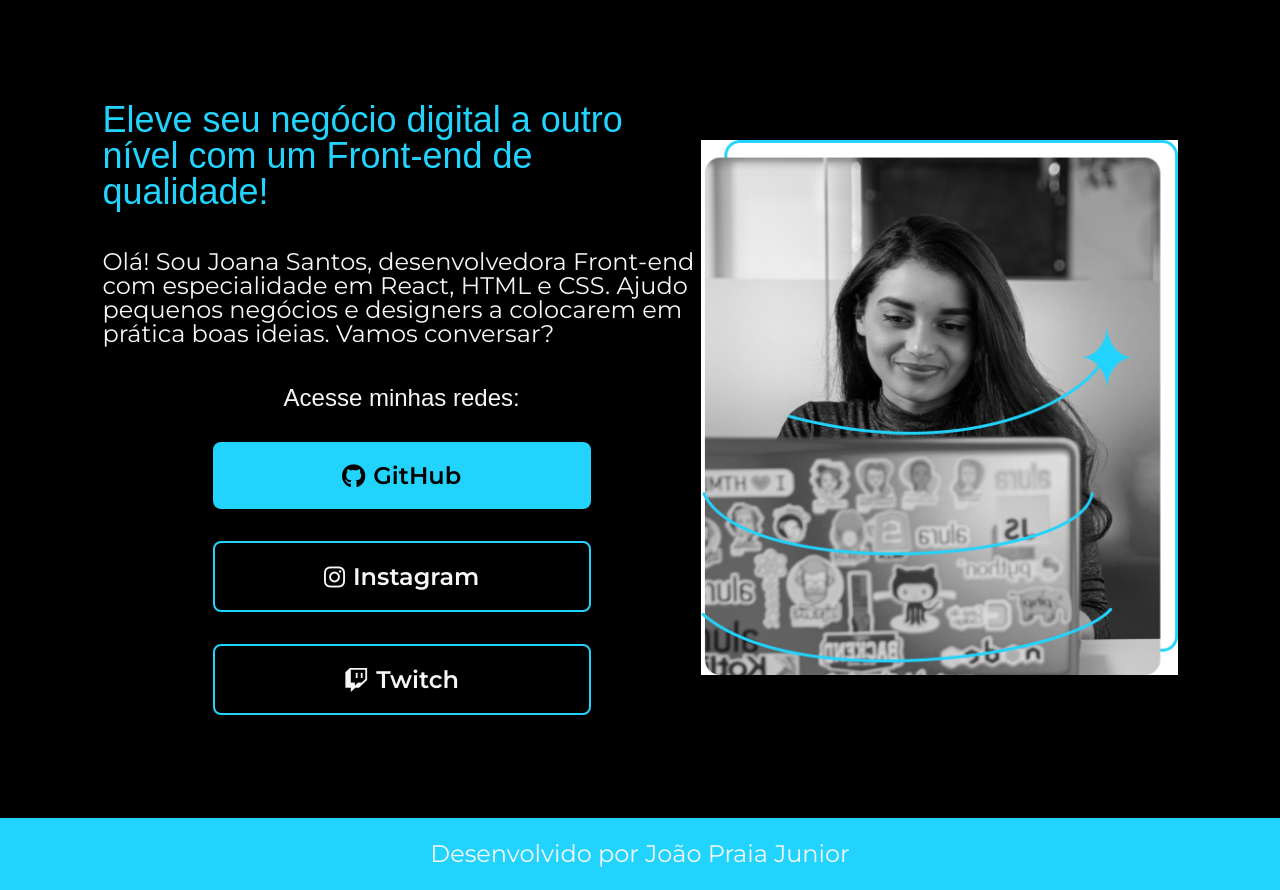
Repository: joaoPraiaJunior/html-basico
Page: index.html
The author's editor kept a copy of each file at every save. The page is drawn from the files as they stood at one save, then again after the next save.
The browser window is 1280 px wide. The pictures show the whole page.
Some web fonts or font styles are not loaded; a fallback is used. Some web libraries are served in a nearby version.

Above is the page before, as saved 2024-06-06 21:05:50.

### index.html
<!DOCTYPE html>
<html lang="pt-BR" dir="ltr">
  <head>
    <meta charset="UTF-8" />
    <meta http-equiv="X-UA-Compatible" content="IE=edge" />
    <meta name="viewport" content="width=device-width, initial-scale=1.0" />
    <title>Portifólio</title>
    <link rel="stylesheet" href="css/reset.css" />
    <link rel="stylesheet" href="css/style.css" />
  </head>
  <body>
    <header></header>
    <main class="apresentacao">
      <section class="apresentacao__conteudo">
        <h1 class="apresentacao__titulo">
          Eleve seu negócio digital a outro nível com um Front-end de qualidade!
        </h1>
        <p class="apresentacao__texto">
          Olá! Sou Joana Santos, desenvolvedora Front-end com especialidade em
          React, HTML e CSS. Ajudo pequenos negócios e designers a colocarem em
          prática boas ideias. Vamos conversar?
        </p>
        <div class="apresentacao__links">
          <h2 class="apresentacao__subtitulo">Acesse minhas redes:</h2>
          <a class="apresentacao__link" href="https://github.com/joaoPraiaJunior"><i class="fa-brands fa-github"></i> <span>GitHub</span></a>
          <a class="apresentacao__link apresentacao__link--transparente" href="https://www.instagram.com/joaopraiajunior/"><i class="fa-brands fa-instagram"></i> <span>Instagram</span></a>
          <a class="apresentacao__link apresentacao__link--transparente" href="http://"><i class="fa-brands fa-twitch"></i> <span>Twitch</span></a>
        </div>
      </section>
      <section class="apresentacao__imagem">
        <img src="images/Imagem.jpg" alt="foto da joana santos programando!" />
      </section>
    </main>
    <footer class="rodape"><P>Desenvolvido por João Praia Junior</P></footer>
  </body>
  <script src="https://kit.fontawesome.com/c4ee7a6e8c.js" crossorigin="anonymous"></script>
</html>

### css/reset.css
/* http://meyerweb.com/eric/tools/css/reset/
   v2.0 | 20110126
   License: none (public domain)
*/

* {
    box-sizing: border-box;
}

html, body, div, span, applet, object, iframe,
h1, h2, h3, h4, h5, h6, p, blockquote, pre,
a, abbr, acronym, address, big, cite, code,
del, dfn, em, img, ins, kbd, q, s, samp,
small, strike, strong, sub, sup, tt, var,
b, u, i, center,
dl, dt, dd, ol, ul, li,
fieldset, form, label, legend,
table, caption, tbody, tfoot, thead, tr, th, td,
article, aside, canvas, details, embed,
figure, figcaption, footer, header, hgroup,
menu, nav, output, ruby, section, summary,
time, mark, audio, video {
	margin: 0;
	padding: 0;
	border: 0;
	font: inherit;
	vertical-align: baseline;
}
/* HTML5 display-role reset for older browsers */
article, aside, details, figcaption, figure,
footer, header, hgroup, menu, nav, section {
	display: block;
}
body {
	line-height: 1;
}
ol, ul {
	list-style: none;
}
blockquote, q {
	quotes: none;
}
blockquote:before, blockquote:after,
q:before, q:after {
	content: '';
	content: none;
}
table {
	border-collapse: collapse;
	border-spacing: 0;
}

### css/style.css
@import url('https://fonts.googleapis.com/css2?family=Krona+One&family=Montserrat:wght@400;600&display=swap');

html {
  font-size: 62.5%;
}

body {
  color: #f6f6f6;
  background-color: #000;
  font-size: 1.6rem;
}

.apresentacao {
  padding: 8%;
  display: flex;
  justify-content: space-between;
  align-items: center;
}

.apresentacao__conteudo {
  display:flex;
  flex-direction: column;
  width: 615px;
  gap: 40px;
}

.apresentacao__titulo {
  color: #22d4fd;
  font-family: 'Krona One', sans-serif;
  font-size: 3.6rem;
}

.apresentacao__subtitulo{
  font-family: 'Krona One', sans-serif;
  font-size: 2.4rem;
  font-weight: 400;
}

.apresentacao__texto {
  font-family: 'Montserrat', sans-serif;
  font-size: 2.4rem;
}

.apresentacao__links {
  display: flex;
  flex-direction: column;
  justify-content: space-between;
  align-items: center;
  row-gap: 32px;
}

.apresentacao__link {
  display:flex;
  justify-content: center;
  column-gap: 8px;
  color: #000;
  background-color: #22d4fd;
  font-family: 'Montserrat', sans-serif;
  font-size: 2.4rem;
  font-weight: 600;
  padding: 21.5px 0;
  width: 378px;
  border-radius: 8px;
  text-align: center;
  text-decoration: none;
}

.apresentacao__link--transparente {
  color: #f6f6f6;
  background-color: transparent;
  border: 2px solid #22d4fd;
  transition: all .5s ease-in-out;
}

.apresentacao__link--transparente:hover {
  background-color: #272727;
}

.apresentacao__link--transparente .fa-brands {
  transition: color .5s ease-in-out;
}

.apresentacao__link--transparente:hover .fa-brands {
  color: #22d4fd;
}

.apresentacao__imagem img {
  max-width: 100%;
}


.rodape {
  font-family: 'Montserrat', sans-serif;
  font-size: 2.4rem;
  font-weight: 400;
  background-color: #22d4fd;
  padding: 24px;
  text-align: center;
}

After the next save:
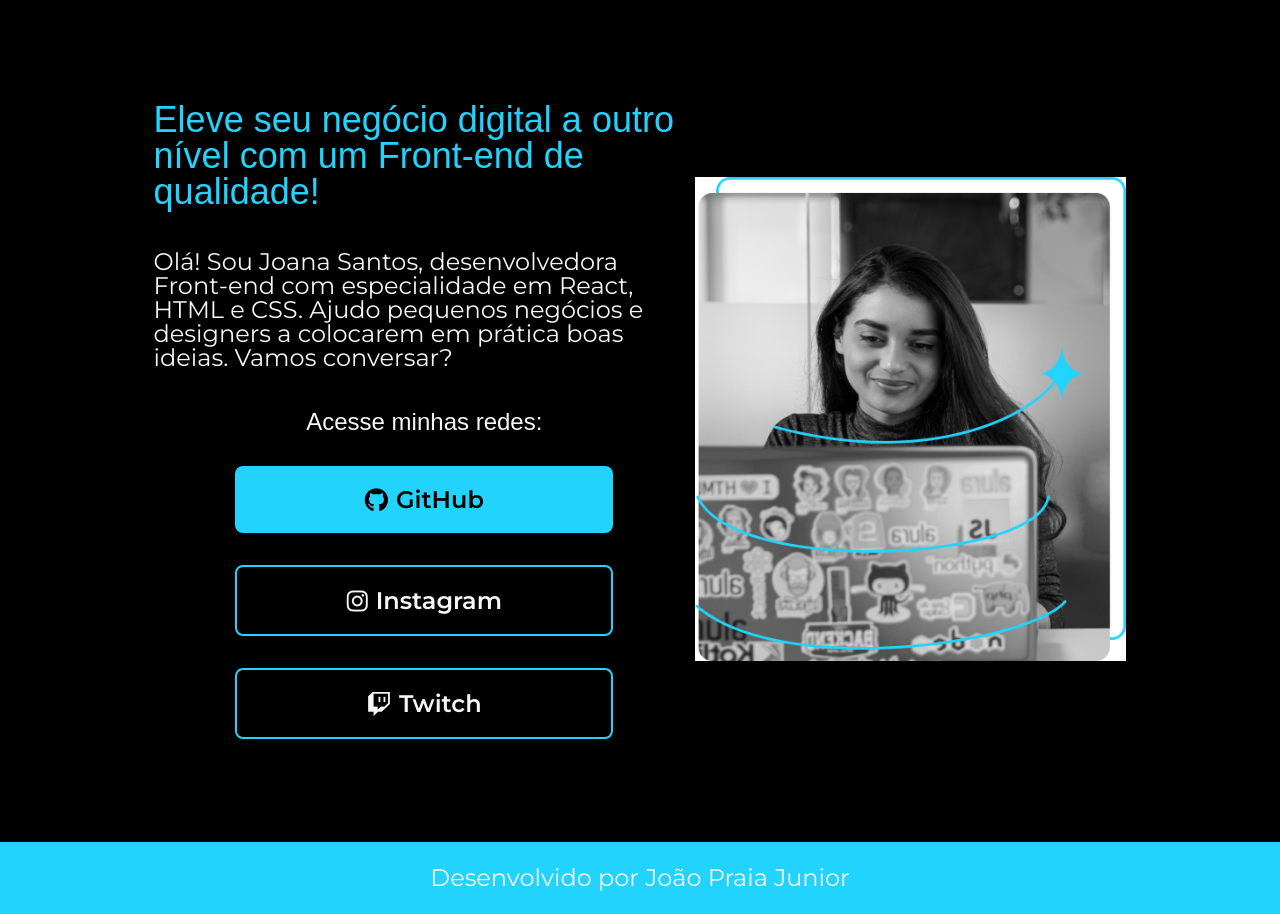
Saved 5 min 0 s later.
--- a/css/style.css
+++ b/css/style.css
@@ -11,7 +11,7 @@
 }
 
 .apresentacao {
-  padding: 8%;
+  padding: 8% 12%;
   display: flex;
   justify-content: space-between;
   align-items: center;
